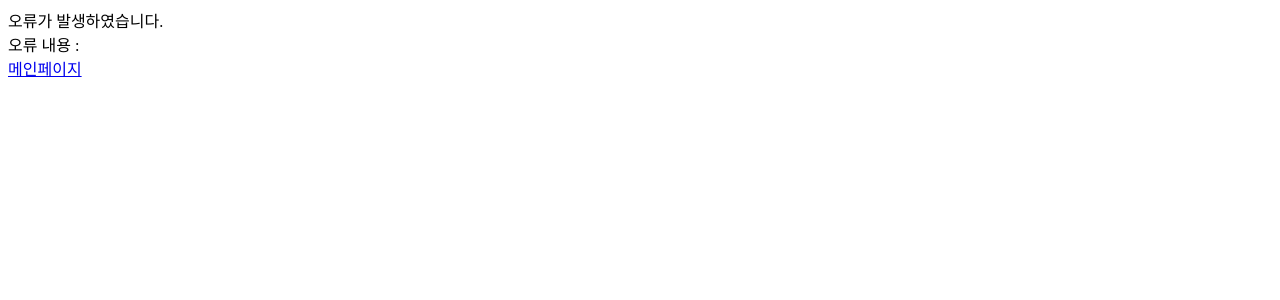
Repository: fellownew/web_workspace
Page: http://localhost/BankSystem_FrontController/error.jsp
These files come from the project's save history. The page is drawn as it stood at one moment and after a run of saves; the edit follows.
The browser window is 1280 px wide. The pictures show the whole page.
The page is served by Tomcat 9. Nobody is signed in. The application's start-up code is not run. Other server files are loaded and not shown.

Above is the page before, as saved 2015-04-03 01:58:51.

### BankSystem_FrontController/WebContent/error.jsp
<%@ page contentType="text/html;charset=UTF-8"%>
<!DOCTYPE html>
<html>
<head>
<meta charset="UTF-8">
<title>에러 발생</title>
</head>
<body>
	오류가 발생하였습니다.<br/>
	오류 내용 : ${requestScope.failMessage }<br/>
	<a href="/MemberManager_team1/index.jsp">메인페이지</a>
</body>
</html>

After the next 3 saves:
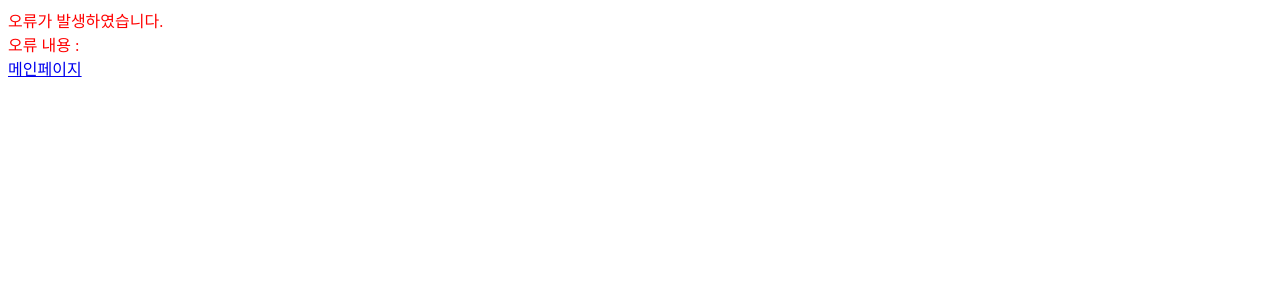
The 3 saves are shown as one change because they came seconds apart.
The last was saved 18 s later.
--- a/BankSystem_FrontController/WebContent/error.jsp
+++ b/BankSystem_FrontController/WebContent/error.jsp
@@ -6,8 +6,10 @@
 <title>에러 발생</title>
 </head>
 <body>
-	오류가 발생하였습니다.<br/>
-	오류 내용 : ${requestScope.failMessage }<br/>
-	<a href="/MemberManager_team1/index.jsp">메인페이지</a>
+	<font color="red">
+		오류가 발생하였습니다.<br/>
+		오류 내용 : ${requestScope.failMessage }<br/>
+	</font>
+		<a href="/MemberManager_team1/index.jsp">메인페이지</a>
 </body>
 </html>
